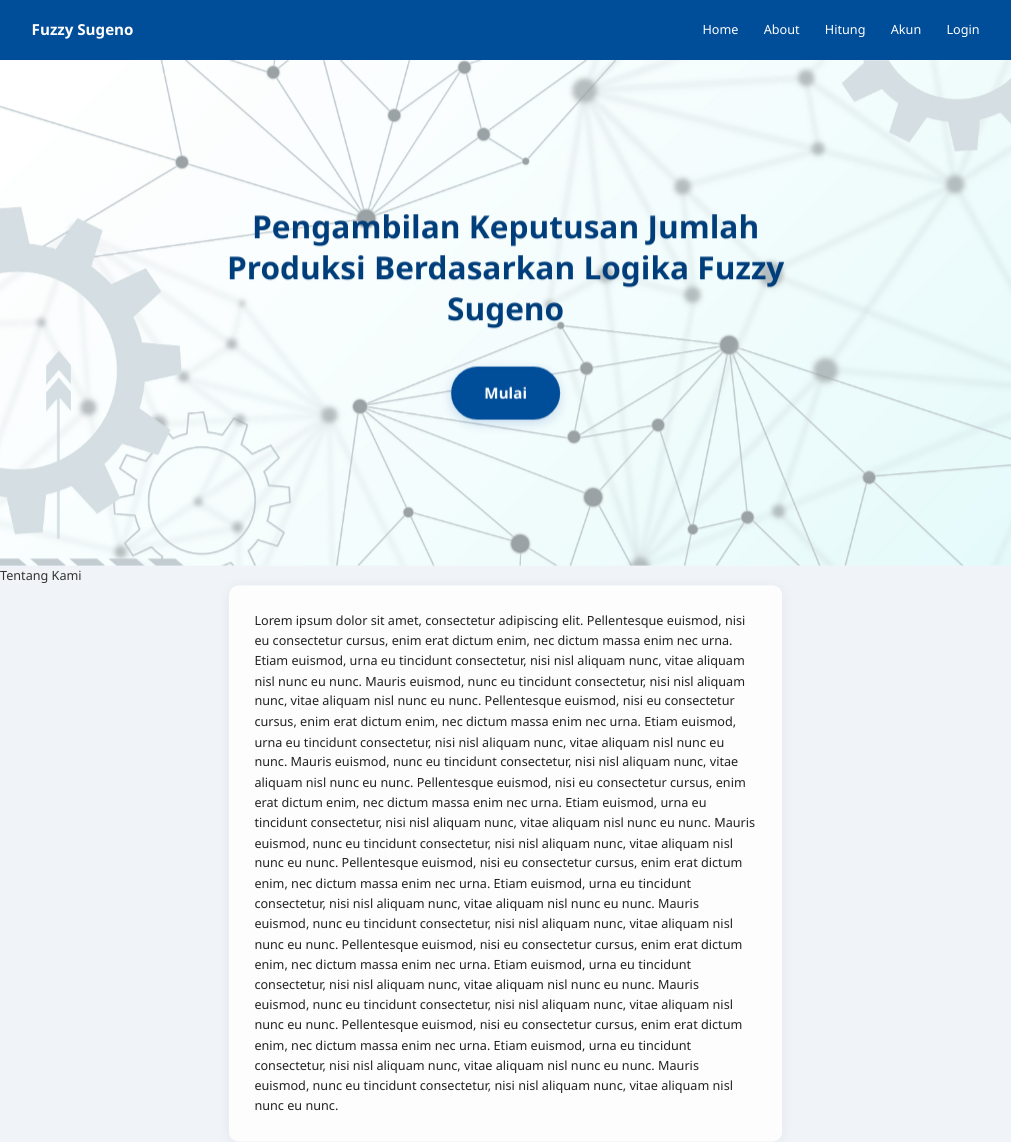
Repository: Senicccc/Defuzzy-Sugeno
Page: http://localhost/
The author's editor kept a copy of each file at every save. The page is drawn from the files as they stood at one save, then again after the next save.
The browser window is 1280 px wide. The pictures show the whole page, at 79% of full size.
The page is run by PHP 8.4 with error messages shown; the project is at /var/www/html/.

Above is the page before, as saved 2025-06-08 11:16:24.

### index.php
<!DOCTYPE html>
<html lang="id">

<head>
    <meta charset="UTF-8" />
    <meta name="viewport" content="width=device-width, initial-scale=1.0" />
    <title>Fuzzy Sugeno - Produksi</title>
    <link rel="icon" href="img/favicon.png" type="image/png">
    <link rel="stylesheet" href="css/index.css">
</head>

<body>

    <?php
    require_once 'php/header-index.php';
    ?>

    <section class="hero" style="background: url('img/menu-bg.jpg') center center/cover no-repeat;">
        <h1>Pengambilan Keputusan Jumlah Produksi Berdasarkan Logika Fuzzy Sugeno</h1>
        <a href="php/form.php" class="start-button">Mulai</a>
    </section>

    <section class="about" <h1>Tentang Kami</h1>
        <div style=" max-width: 700px; margin: 0 auto; background: rgba(255,255,255,0.85); border-radius: 12px; padding:
        2rem; color: #222; box-shadow: 0 2px 16px rgba(0,0,0,0.06);">
            <p>
                Lorem ipsum dolor sit amet, consectetur adipiscing elit. Pellentesque euismod, nisi eu consectetur
                cursus, enim erat dictum enim, nec dictum massa enim nec urna. Etiam euismod, urna eu tincidunt
                consectetur, nisi nisl aliquam nunc, vitae aliquam nisl nunc eu nunc. Mauris euismod, nunc eu tincidunt
                consectetur, nisi nisl aliquam nunc, vitae aliquam nisl nunc eu nunc. Pellentesque euismod, nisi eu
                consectetur cursus, enim erat dictum enim, nec dictum massa enim nec urna. Etiam euismod, urna eu
                tincidunt consectetur, nisi nisl aliquam nunc, vitae aliquam nisl nunc eu nunc. Mauris euismod, nunc eu
                tincidunt consectetur, nisi nisl aliquam nunc, vitae aliquam nisl nunc eu nunc. Pellentesque euismod,
                nisi eu consectetur cursus, enim erat dictum enim, nec dictum massa enim nec urna. Etiam euismod, urna
                eu tincidunt consectetur, nisi nisl aliquam nunc, vitae aliquam nisl nunc eu nunc. Mauris euismod, nunc
                eu tincidunt consectetur, nisi nisl aliquam nunc, vitae aliquam nisl nunc eu nunc. Pellentesque euismod,
                nisi eu consectetur cursus, enim erat dictum enim, nec dictum massa enim nec urna. Etiam euismod, urna
                eu tincidunt consectetur, nisi nisl aliquam nunc, vitae aliquam nisl nunc eu nunc. Mauris euismod, nunc
                eu tincidunt consectetur, nisi nisl aliquam nunc, vitae aliquam nisl nunc eu nunc. Pellentesque euismod,
                nisi eu consectetur cursus, enim erat dictum enim, nec dictum massa enim nec urna. Etiam euismod, urna
                eu tincidunt consectetur, nisi nisl aliquam nunc, vitae aliquam nisl nunc eu nunc. Mauris euismod, nunc
                eu tincidunt consectetur, nisi nisl aliquam nunc, vitae aliquam nisl nunc eu nunc. Pellentesque euismod,
                nisi eu consectetur cursus, enim erat dictum enim, nec dictum massa enim nec urna. Etiam euismod, urna
                eu tincidunt consectetur, nisi nisl aliquam nunc, vitae aliquam nisl nunc eu nunc. Mauris euismod, nunc
                eu tincidunt consectetur, nisi nisl aliquam nunc, vitae aliquam nisl nunc eu nunc.
            </p>
        </div>
    </section>

</body>

</html>

### php/header-index.php
<!DOCTYPE html>
<html lang="id">

<head>
    <meta charset="UTF-8" />
    <meta name="viewport" content="width=device-width, initial-scale=1.0" />
    <title>Fuzzy Sugeno - Produksi</title>
    <link rel="stylesheet" href="https://cdnjs.cloudflare.com/ajax/libs/font-awesome/6.0.0/css/all.min.css">

    <style>
    * {
        margin: 0;
        padding: 0;
        box-sizing: border-box;
        font-family: 'Segoe UI', Tahoma, Geneva, Verdana, sans-serif;
    }

    body {
        background: #f0f4f8;
        color: #333;
    }

    nav {
        background-color: #004d99;
        position: sticky;
        top: 0;
        z-index: 1000;
        padding: 1.4rem 2.4rem;
    }

    .nav-container {
        display: flex;
        justify-content: space-between;
        align-items: center;
        max-width: 1200px;
        margin: 0 auto;
        flex-wrap: wrap;
    }

    .logo {
        color: white;
        font-weight: 800;
        font-size: larger;
    }

    .nav-links {
        display: flex;
        gap: 2rem;
    }

    .nav-links a {
        text-decoration: none;
        color: white;
        font-weight: 500;
        font-size: 1rem;
        transition: color 0.3s;
    }

    .nav-links a:hover {
        color: #ffcc00;
    }

    .burger {
        display: none;
        font-size: 1.5rem;
        color: white;
        cursor: pointer;
        padding: 0.5rem;
    }

    @media (max-width: 768px) {
        .nav-links {
            display: none;
            flex-direction: column;
            background-color: #004d99;
            width: 100%;
            text-align: center;
            margin-top: 1rem;
            padding-bottom: 1rem;
            gap: 1rem;
            order: 1;
        }

        .nav-links.active {
            display: flex;
        }

        .burger {
            display: block;
            margin-left: auto;
            /* Memposisikan burger di kanan */
        }

        nav {
            padding: 0.75rem 1.5rem;
        }
    }
    </style>
</head>

<body>

    <nav>
        <div class="nav-container">
            <div class="logo">Fuzzy Sugeno</div>
            <div class="burger" id="burger"><i class="fas fa-bars"></i></div>
            <div class="nav-links" id="navLinks">
                <a href="index.php">Home</a>
                <a href="index.php#about">About</a>
                <a href="php/form.php">Hitung</a>
                <a href="php/account.php">Akun</a>
                <?php if (isset($_SESSION['user_id'])): ?>
                <a href="php/logout.php">Logout</a>
                <?php else: ?>
                <a href="php/login.php">Login</a>
                <?php endif; ?>
            </div>
        </div>
    </nav>

    <script>
    const burger = document.getElementById('burger');
    const navLinks = document.getElementById('navLinks');

    burger.addEventListener('click', () => {
        navLinks.classList.toggle('active');
    });
    </script>

</body>

</html>

### css/index.css

* {
    margin: 0;
    padding: 0;
    box-sizing: border-box;
    font-family: 'Segoe UI', Tahoma, Geneva, Verdana, sans-serif;
}

body {
    background: linear-gradient(135deg, #f0f4f8 0%, #dfe7ee 100%);
    color: #333;
    min-height: 100vh;
    line-height: 1.6;
}

/* Hero Section */
.hero {
    display: flex;
    flex-direction: column;
    justify-content: center;
    align-items: center;
    text-align: center;
    min-height: calc(100vh - 80px);
    padding: 2rem;
    background-image:
        radial-gradient(circle at 10% 20%, rgba(0, 77, 153, 0.05) 0%, transparent 20%),
        radial-gradient(circle at 90% 80%, rgba(0, 77, 153, 0.05) 0%, transparent 20%);
}

.hero h1 {
    font-size: 2.5rem;
    font-weight: 1000;
    color: #003e7b;
    margin-bottom: 2rem;
    max-width: 800px;
    line-height: 1.3;
    text-shadow: 1px 1px 2px rgba(0,0,0,0.);
}

.start-button {
    display: inline-block;
    background-color: #004d99;
    color: white;
    padding: 1rem 2.5rem;
    border-radius: 50px;
    text-decoration: none;
    font-weight: 600;
    font-size: 1.2rem;
    transition: all 0.3s ease;
    box-shadow: 0 4px 15px rgba(0, 77, 153, 0.2);
    border: 2px solid #004d99;
    margin-top: 1rem;
}

.start-button:hover {
    background-color: #ffcc00;
    color: #004d99;
    transform: translateY(-3px);
    box-shadow: 0 6px 20px rgba(0, 77, 153, 0.3);
}

.start-button:active {
    transform: translateY(1px);
}

/* Responsive Design */
@media (max-width: 768px) {
    .hero {
        padding: 1.5rem;
        min-height: calc(100vh - 60px);
    }

    .hero h1 {
        font-size: 1.8rem;
        margin-bottom: 1.5rem;
    }

    .start-button {
        padding: 0.8rem 2rem;
        font-size: 1rem;
    }
}

@media (max-width: 480px) {
    .hero h1 {
        font-size: 1.5rem;
    }

    .start-button {
        padding: 0.7rem 1.8rem;
    }
}

/* Animasi */
@keyframes fadeIn {
    from { opacity: 0; transform: translateY(20px); }
    to { opacity: 1; transform: translateY(0); }
}

.hero {
    animation: fadeIn 0.8s ease-out forwards;
}

.start-button {
    animation: fadeIn 1s ease-out 0.3s both;
}

After the next save:
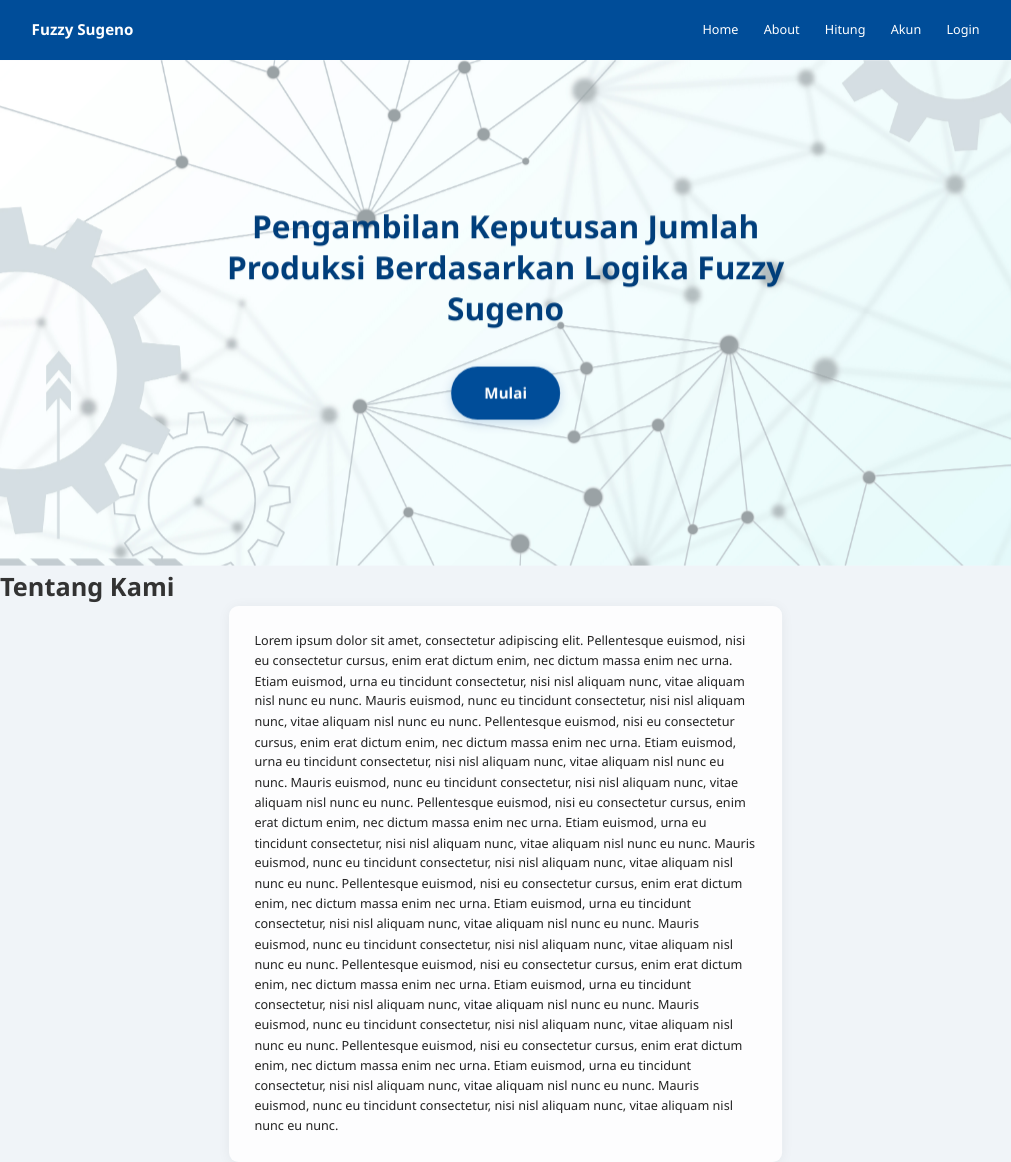
Saved 4 s later.
--- a/index.php
+++ b/index.php
@@ -20,31 +20,32 @@
         <a href="php/form.php" class="start-button">Mulai</a>
     </section>
 
-    <section class="about" <h1>Tentang Kami</h1>
-        <div style=" max-width: 700px; margin: 0 auto; background: rgba(255,255,255,0.85); border-radius: 12px; padding:
+    <section class="about"></section>
+    <h1>Tentang Kami</h1>
+    <div style=" max-width: 700px; margin: 0 auto; background: rgba(255,255,255,0.85); border-radius: 12px; padding:
         2rem; color: #222; box-shadow: 0 2px 16px rgba(0,0,0,0.06);">
-            <p>
-                Lorem ipsum dolor sit amet, consectetur adipiscing elit. Pellentesque euismod, nisi eu consectetur
-                cursus, enim erat dictum enim, nec dictum massa enim nec urna. Etiam euismod, urna eu tincidunt
-                consectetur, nisi nisl aliquam nunc, vitae aliquam nisl nunc eu nunc. Mauris euismod, nunc eu tincidunt
-                consectetur, nisi nisl aliquam nunc, vitae aliquam nisl nunc eu nunc. Pellentesque euismod, nisi eu
-                consectetur cursus, enim erat dictum enim, nec dictum massa enim nec urna. Etiam euismod, urna eu
-                tincidunt consectetur, nisi nisl aliquam nunc, vitae aliquam nisl nunc eu nunc. Mauris euismod, nunc eu
-                tincidunt consectetur, nisi nisl aliquam nunc, vitae aliquam nisl nunc eu nunc. Pellentesque euismod,
-                nisi eu consectetur cursus, enim erat dictum enim, nec dictum massa enim nec urna. Etiam euismod, urna
-                eu tincidunt consectetur, nisi nisl aliquam nunc, vitae aliquam nisl nunc eu nunc. Mauris euismod, nunc
-                eu tincidunt consectetur, nisi nisl aliquam nunc, vitae aliquam nisl nunc eu nunc. Pellentesque euismod,
-                nisi eu consectetur cursus, enim erat dictum enim, nec dictum massa enim nec urna. Etiam euismod, urna
-                eu tincidunt consectetur, nisi nisl aliquam nunc, vitae aliquam nisl nunc eu nunc. Mauris euismod, nunc
-                eu tincidunt consectetur, nisi nisl aliquam nunc, vitae aliquam nisl nunc eu nunc. Pellentesque euismod,
-                nisi eu consectetur cursus, enim erat dictum enim, nec dictum massa enim nec urna. Etiam euismod, urna
-                eu tincidunt consectetur, nisi nisl aliquam nunc, vitae aliquam nisl nunc eu nunc. Mauris euismod, nunc
-                eu tincidunt consectetur, nisi nisl aliquam nunc, vitae aliquam nisl nunc eu nunc. Pellentesque euismod,
-                nisi eu consectetur cursus, enim erat dictum enim, nec dictum massa enim nec urna. Etiam euismod, urna
-                eu tincidunt consectetur, nisi nisl aliquam nunc, vitae aliquam nisl nunc eu nunc. Mauris euismod, nunc
-                eu tincidunt consectetur, nisi nisl aliquam nunc, vitae aliquam nisl nunc eu nunc.
-            </p>
-        </div>
+        <p>
+            Lorem ipsum dolor sit amet, consectetur adipiscing elit. Pellentesque euismod, nisi eu consectetur
+            cursus, enim erat dictum enim, nec dictum massa enim nec urna. Etiam euismod, urna eu tincidunt
+            consectetur, nisi nisl aliquam nunc, vitae aliquam nisl nunc eu nunc. Mauris euismod, nunc eu tincidunt
+            consectetur, nisi nisl aliquam nunc, vitae aliquam nisl nunc eu nunc. Pellentesque euismod, nisi eu
+            consectetur cursus, enim erat dictum enim, nec dictum massa enim nec urna. Etiam euismod, urna eu
+            tincidunt consectetur, nisi nisl aliquam nunc, vitae aliquam nisl nunc eu nunc. Mauris euismod, nunc eu
+            tincidunt consectetur, nisi nisl aliquam nunc, vitae aliquam nisl nunc eu nunc. Pellentesque euismod,
+            nisi eu consectetur cursus, enim erat dictum enim, nec dictum massa enim nec urna. Etiam euismod, urna
+            eu tincidunt consectetur, nisi nisl aliquam nunc, vitae aliquam nisl nunc eu nunc. Mauris euismod, nunc
+            eu tincidunt consectetur, nisi nisl aliquam nunc, vitae aliquam nisl nunc eu nunc. Pellentesque euismod,
+            nisi eu consectetur cursus, enim erat dictum enim, nec dictum massa enim nec urna. Etiam euismod, urna
+            eu tincidunt consectetur, nisi nisl aliquam nunc, vitae aliquam nisl nunc eu nunc. Mauris euismod, nunc
+            eu tincidunt consectetur, nisi nisl aliquam nunc, vitae aliquam nisl nunc eu nunc. Pellentesque euismod,
+            nisi eu consectetur cursus, enim erat dictum enim, nec dictum massa enim nec urna. Etiam euismod, urna
+            eu tincidunt consectetur, nisi nisl aliquam nunc, vitae aliquam nisl nunc eu nunc. Mauris euismod, nunc
+            eu tincidunt consectetur, nisi nisl aliquam nunc, vitae aliquam nisl nunc eu nunc. Pellentesque euismod,
+            nisi eu consectetur cursus, enim erat dictum enim, nec dictum massa enim nec urna. Etiam euismod, urna
+            eu tincidunt consectetur, nisi nisl aliquam nunc, vitae aliquam nisl nunc eu nunc. Mauris euismod, nunc
+            eu tincidunt consectetur, nisi nisl aliquam nunc, vitae aliquam nisl nunc eu nunc.
+        </p>
+    </div>
     </section>
 
 </body>
